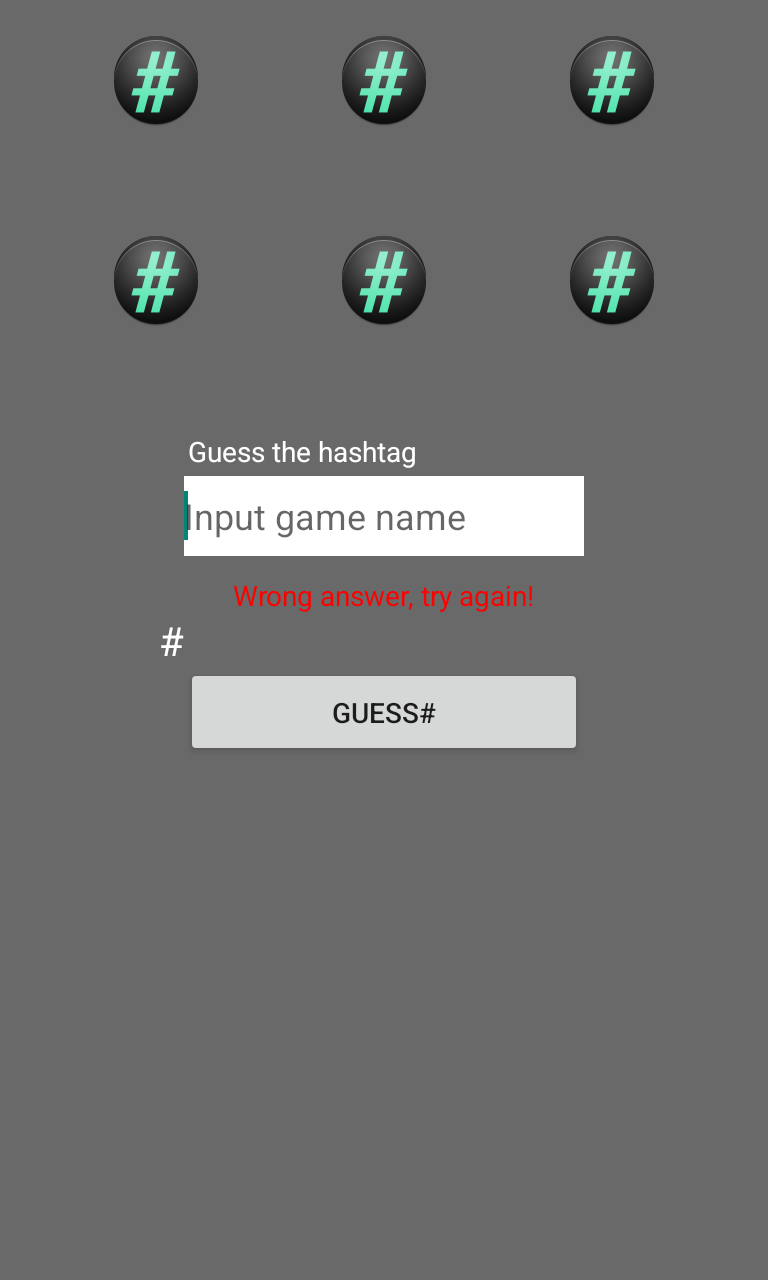
Repository: Hannanina/GuessTag
Layout: GuessTag/res/layout/activity_guess_tag.xml
An editor plug-in stored every save of this project. The layout is shown before and after the next save, followed by the edit.
It is drawn on a 768 x 1280 px phone screen (xhdpi) without system bars, with theme AppTheme; the app's code is not run.

Above is the layout before, as saved 2014-12-17 11:37:30.

After the next save:
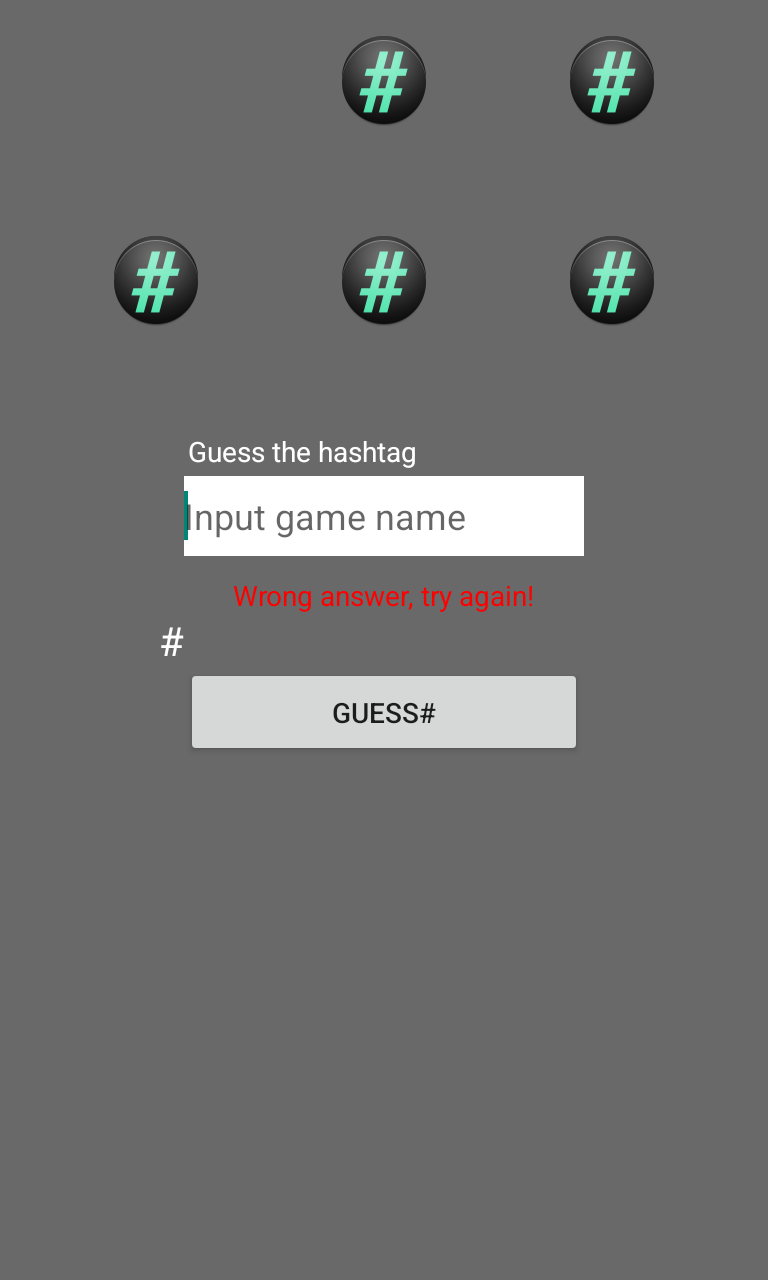
Saved 83 s later.
--- a/GuessTag/res/layout/activity_guess_tag.xml
+++ b/GuessTag/res/layout/activity_guess_tag.xml
@@ -23,7 +23,7 @@
        		android:layout_weight="0.33"
        		android:maxHeight="100dp"
 	   		android:contentDescription="@string/image_one"
-	   		android:src="@drawable/ic_launcher" >
+	   		android:src="http://www.online-image-editor.com/styles/2013/images/example_image.png" >
    		</ImageView>
    		<ImageView
        		android:id="@+id/image_two"

After the 3 saves that followed:
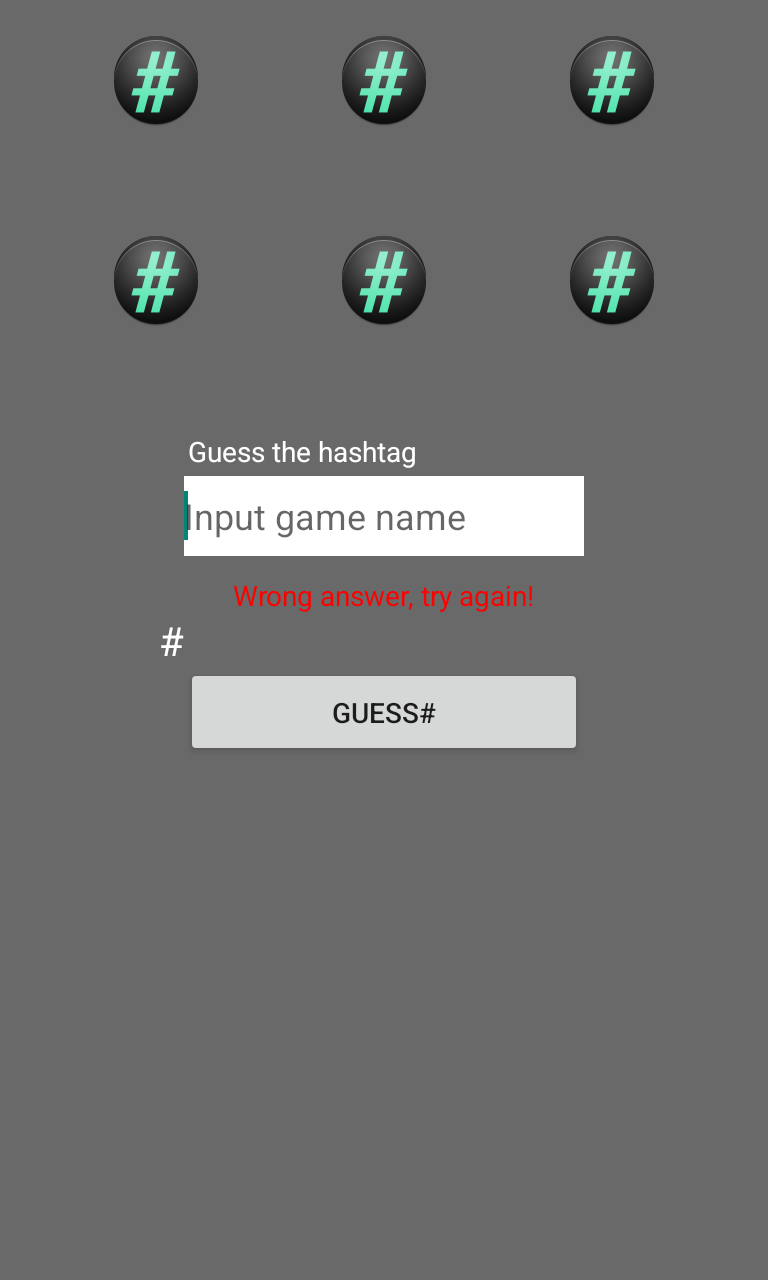
The 3 saves are shown as one change because 2 left the picture as it was.
The last was saved 10 min 20 s later.
--- a/GuessTag/res/layout/activity_guess_tag.xml
+++ b/GuessTag/res/layout/activity_guess_tag.xml
@@ -23,7 +23,7 @@
        		android:layout_weight="0.33"
        		android:maxHeight="100dp"
 	   		android:contentDescription="@string/image_one"
-	   		android:src="http://www.online-image-editor.com/styles/2013/images/example_image.png" >
+	   		android:src="@drawable/ic_launcher" >
    		</ImageView>
    		<ImageView
        		android:id="@+id/image_two"
